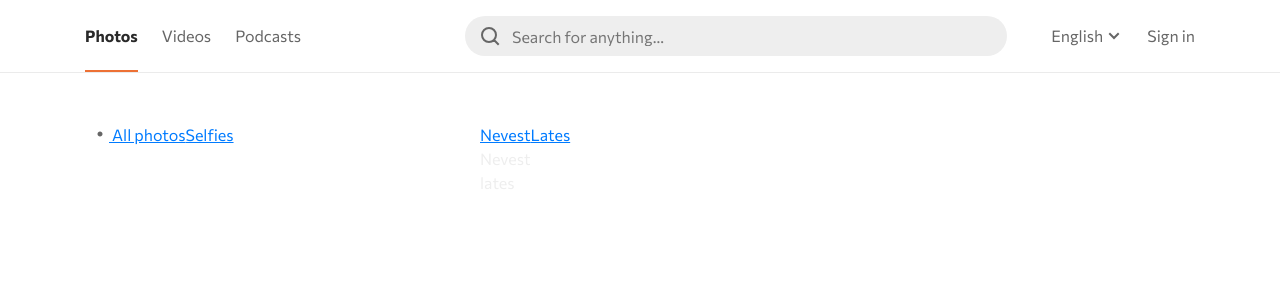
Repository: densavi/djinni
Page: index.html
The author's editor kept a copy of each file at every save. The page is drawn from the files as they stood at one save, then again after a run of saves.
The browser window is 1280 px wide. The pictures show the whole page.
The style sheet was rebuilt from its Sass, Less or Tailwind sources for each picture, by a compiler version that may differ from the author's.

Above is the page before, as saved 2023-04-10 23:32:20.

After the next 2 saves:
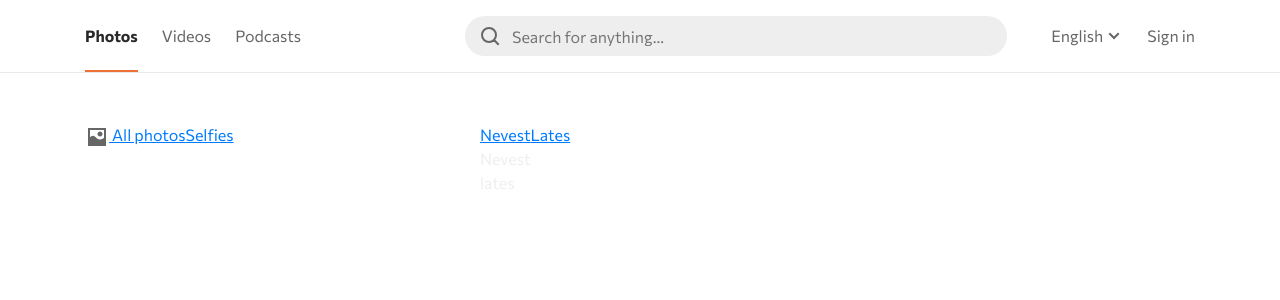
The 2 saves are shown as one change because they came seconds apart.
The last was saved 14 s later.
--- a/index.html
+++ b/index.html
@@ -63,7 +63,7 @@
               <a class="sidebar__link active" data-toggle="tab" href="#all-photos">
                 <svg width="24" height="24" viewBox="0 0 24 24" fill="none" xmlns="http://www.w3.org/2000/svg">
                   <path d="M15 6.5C13.6193 6.5 12.5 7.61929 12.5 9C12.5 10.3807 13.6193 11.5 15 11.5C16.3807 11.5 17.5 10.3807 17.5 9C17.5 7.61929 16.3807 6.5 15 6.5Z" fill="#666666"/>
-                  <path fill-rule="evenodd" clip-rule="evenodd" d="M3 3H21V21H18.5266L18.4945 21.0002H5.5L5.46787 21H3V3ZM19 12.8362C17.8552 13.898 16.7044 14.4537 15 14.4537C13.0944 14.4537 11.6208 13.2859 10.1527 11.7048C9.15108 10.6262 7.51491 10.4335 6.29018 11.25L6.26758 11.2651L5 12.2134V5H19V12.8362Z" fill="white"/>
+                  <path fill-rule="evenodd" clip-rule="evenodd" d="M3 3H21V21H18.5266L18.4945 21.0002H5.5L5.46787 21H3V3ZM19 12.8362C17.8552 13.898 16.7044 14.4537 15 14.4537C13.0944 14.4537 11.6208 13.2859 10.1527 11.7048C9.15108 10.6262 7.51491 10.4335 6.29018 11.25L6.26758 11.2651L5 12.2134V5H19V12.8362Z" fill="#666666"/>
                 </svg>
                 All photos
               </a>
